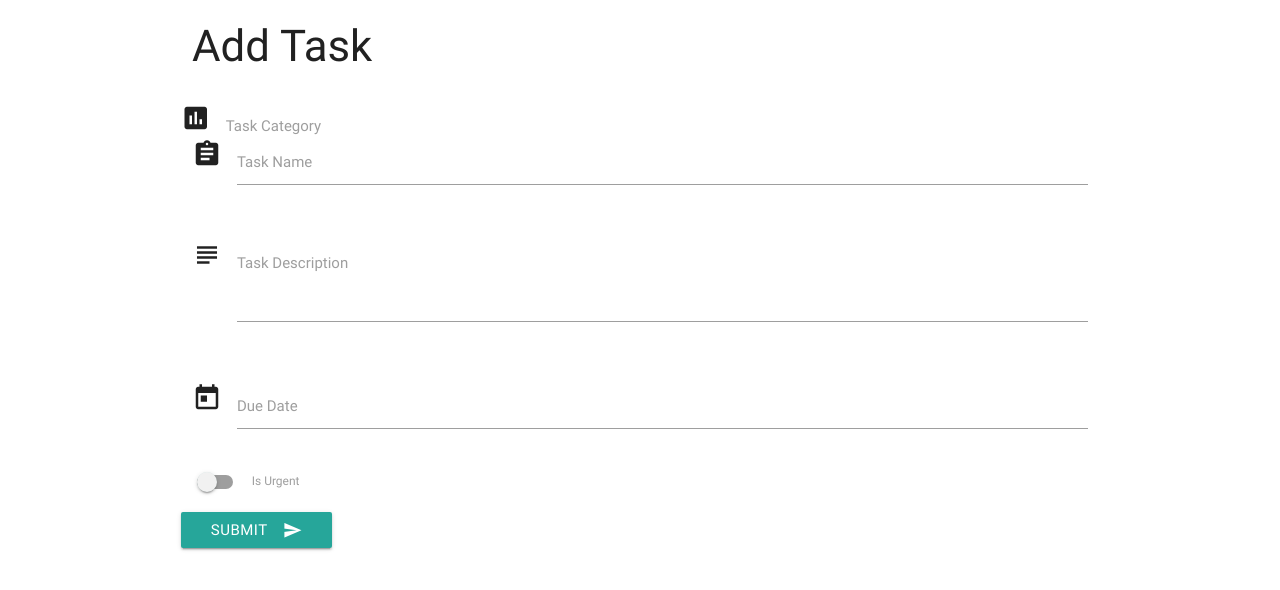
Repository: francisillingworth/task-manager-flask-miniproject
Page: http://localhost/add_task
The author's editor kept a record of every edit. The page is drawn from the files as they stood at one moment, then again after the next edit.
The browser window is 1280 px wide. The pictures show the whole page.
The page is served by the project's application, run on Flask 3 (app.py). Queries for data that is not in the repository find no rows.

Above is the page before.
Console error: TypeError: Cannot read properties of null (reading 'addEventListener')

After the next edit:
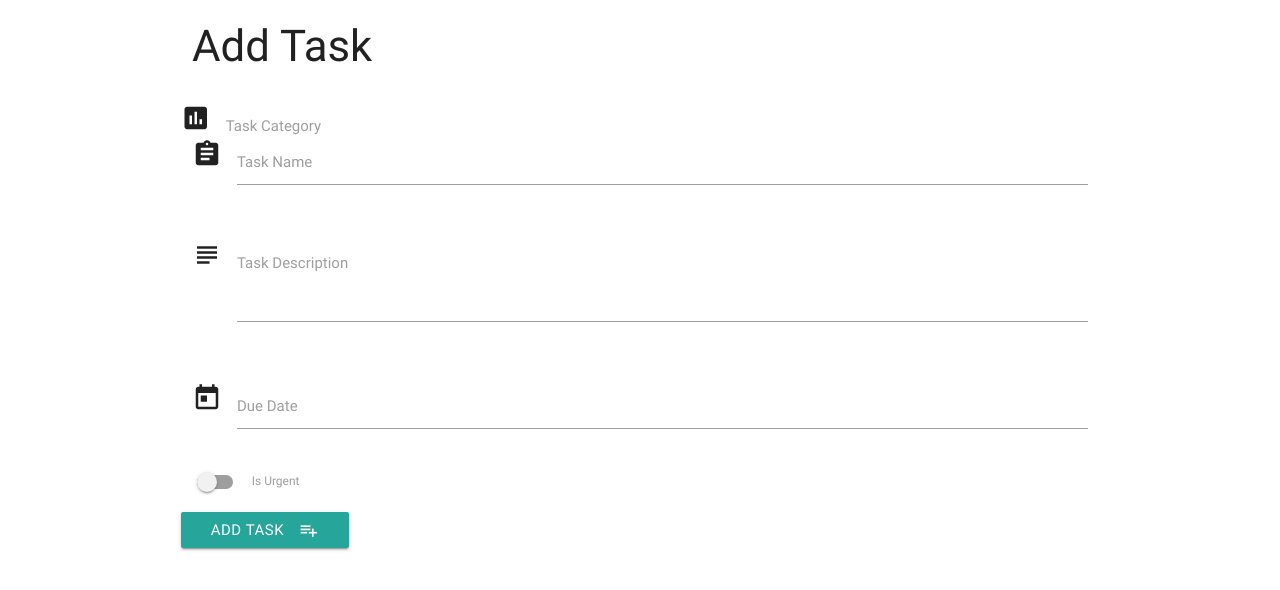
The edit:
--- a/templates/addtask.html
+++ b/templates/addtask.html
@@ -45,10 +45,10 @@
             </div>
         </div>
         <div class="row">
-         <button class="btn waves-effect waves-light" type="submit" name="action">Submit
-    <i class="material-icons right">send</i>
+            <button class="btn waves-effect waves-light" type="submit" name="action">Add Task
+    <i class="material-icons right">playlist_add</i>
   </button>
-
+        </div>
     </form>
 </div>
 
